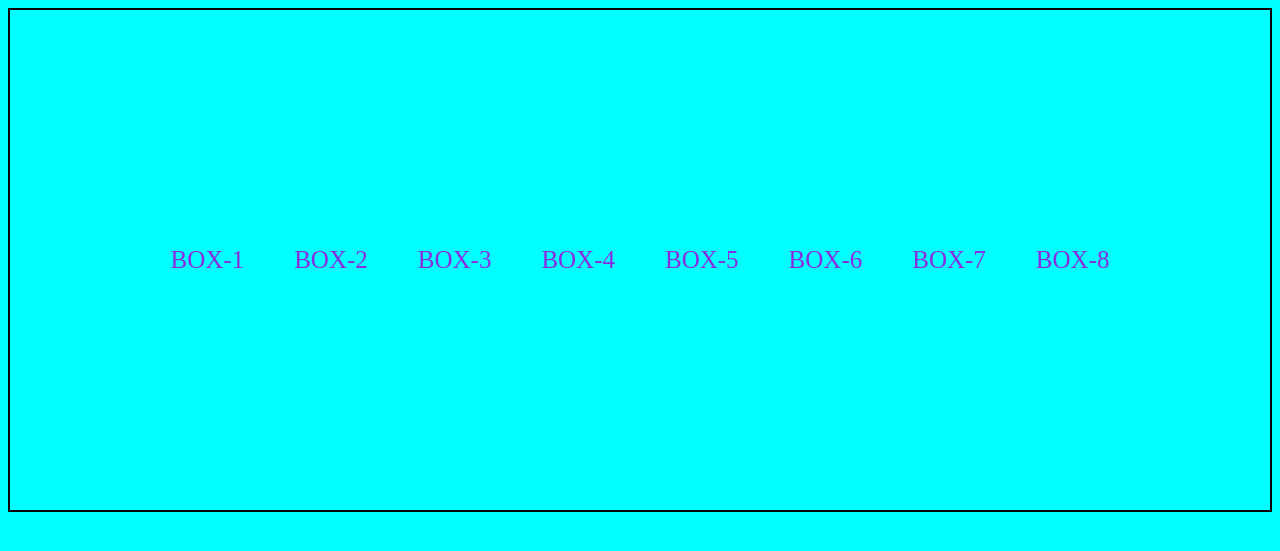
Repository: ARUN-YERRAM/HTMLLEARNING
Page: indxs.html
An editor plug-in stored every save of this project. The page is shown before and after the next save, followed by the edit.
The browser window is 1280 px wide. The pictures show the whole page.

Above is the page before, as saved 2024-01-26 22:07:21.

### indxs.html
<!DOCTYPE html>
<html lang="en">
<head>
    <meta charset="UTF-8">
    <meta name="viewport" content="width=device-width, initial-scale=1.0">
    <title>Document</title>
  <link rel="stylesheet" href="style.css">
</head>
<body>

    <div class="container">
        <div class="box">BOX-1</div>
        <div class="box">BOX-2</div>
        <div class="box">BOX-3</div>
        <div class="box">BOX-4</div>
        <div class="box">BOX-5</div>
        <div class="box">BOX-6</div>
        <div class="box">BOX-7</div>
        <div class="box">BOX-8</div>
    </div>
</body>
</html>

### style.css
/*  EXTERNAL CSS */

body{
    color:#f0f8ff;
    background-color: #8a2be2;
    font-size:50px;
}


/*  Universal Selector  */

/* MARGIN: 0;*/
/* PADDING : 0 */

*{
    color:#8a2be2;
    background-color: aqua;
    font-size: 25px;
}


/* CLASS SELECTOR */

.one{
    color:blue;
    font-size:35px;
    background-color: #8a2be2;
}


/*  ID SELECTOR */

#two{
    background-color: blue;
    color:red;
}


/* PARAGRAPH SELECTOR */

p{
    color:burlywood;
}


/*  GROUP SELECTOR */
#one, ol{
    background-color: blue;
    color:red;
    font-size:25px;
}


.border{
    border: 8px solid black;
    font-size:25px;
    margin:100px;
    padding:100px;
}

h1{
    text-align:center;
    font-size:10px;
    color:#8a2be2;
    text-decoration: underline;
    font-family: 'Courier New', Courier, monospace;
}

p{
    font-size:25px;
    text-align:center;
    font-weight:bold;
    border: 2px dotted black;
}

p:hover{
    border: 7px solid red;
    background-color: yellow;
    color:red;
    font-size:16px;
    text-align:end;
}

.box1{
    background-color: red;
}

.box2{
    background-color: yellow;
}

/* div{
    display:inline-block;
    width:750x;
    padding:10px;
    margin:10px;
    font-size:30px;
} */

span{
    display:block;
}
.item{
    width:100px;
    height:100px;
}
.one{
    background-color: orange;
    border: 2px solid black;
}
.two{
    background-color: white;
    border: 2px solid black;
}
.three{
    background-color: green;
    border: 2px solid black;
}

.container{
    display:flex;
    height:100px;
    justify-content:center;
    flex-direction:row;
    align-items:center;
    border: 2px solid rgb(0, 0, 0);
    height : 500px;
    gap: 50px;
}

### styless.css
.container{
    height:400px;
    border:2px solid red;
    display: flex;
}

.box{
    border: 2px solid green;
    margin: 10px,0;
}

After the next save:
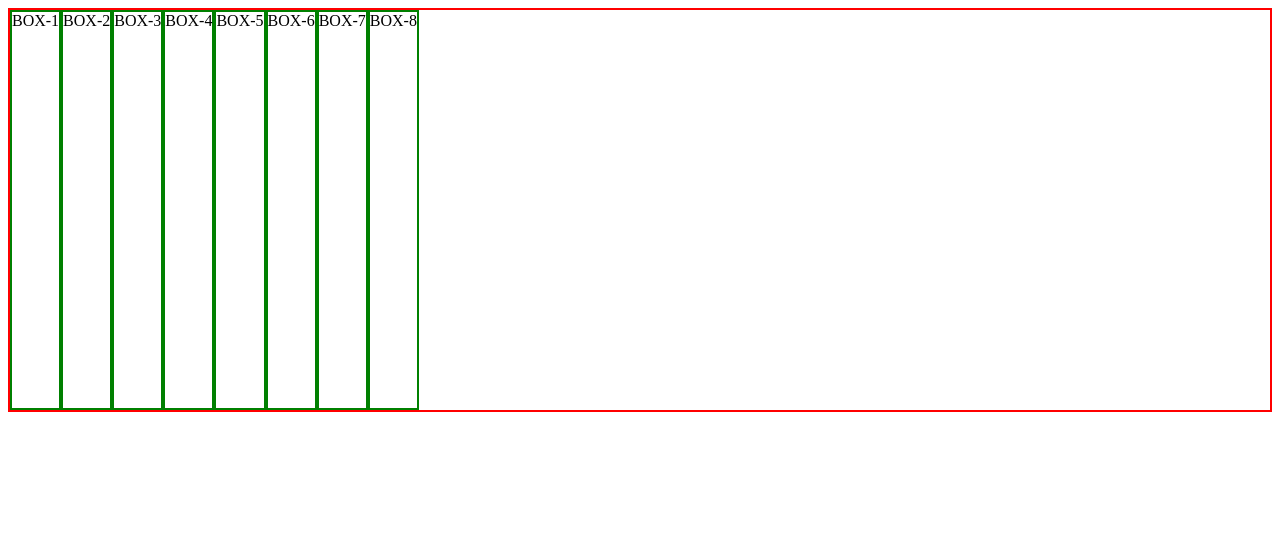
Saved 35 s later.
--- a/indxs.html
+++ b/indxs.html
@@ -4,7 +4,7 @@
     <meta charset="UTF-8">
     <meta name="viewport" content="width=device-width, initial-scale=1.0">
     <title>Document</title>
-  <link rel="stylesheet" href="style.css">
+  <link rel="stylesheet" href="styless.css">
 </head>
 <body>
 
